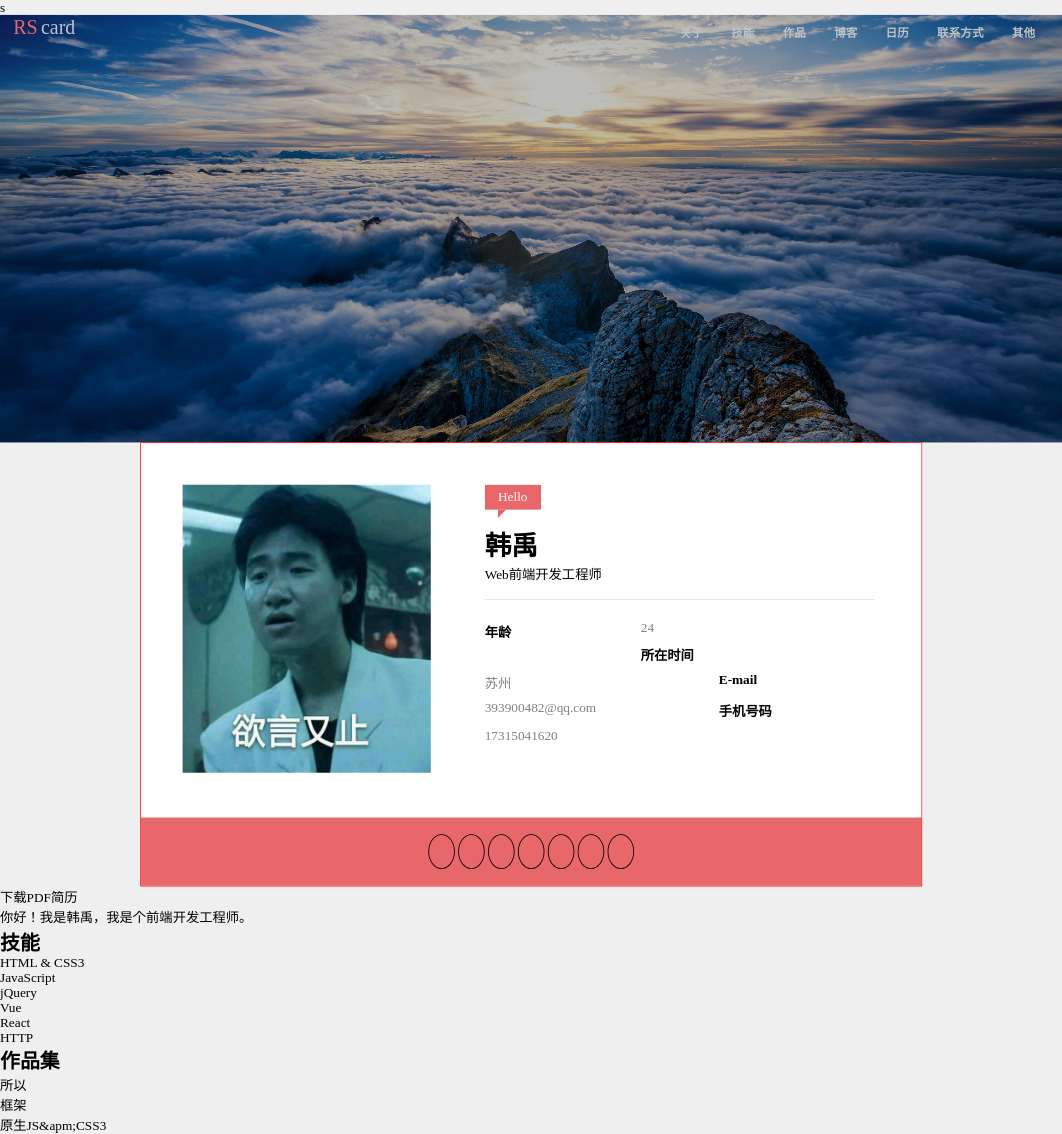
Repository: yorkHan/resume
Page: index.html
The author's editor kept a copy of each file at every save. The page is drawn from the files as they stood at one save, then again after a run of saves.
The browser window is 1280 px wide. The pictures show the whole page, at 83% of full size.

Above is the page before, as saved 2018-04-10 00:47:09.

After the next 5 saves:
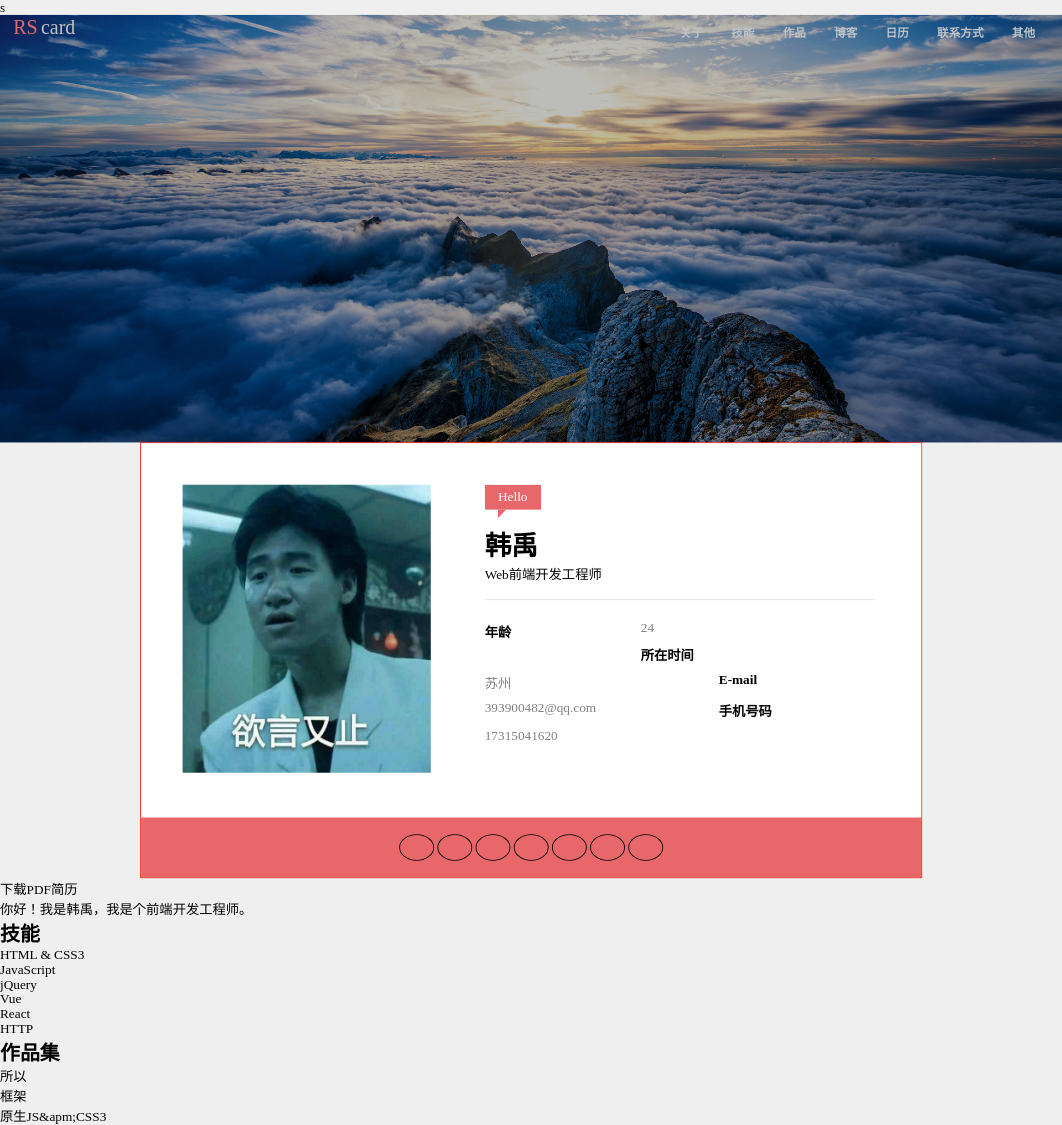
The 5 saves are shown as one change because they came seconds apart.
The last was saved 28 s later.
--- a/1.css
+++ b/1.css
@@ -121,7 +121,8 @@ hr{
     border: 1px solid black;
     display: inline-block;
     border-radius: 50%;
-    height: 40px;
+    width: 40px;
+    pad:
 }
 .usercard svg{
     width: 30px;
